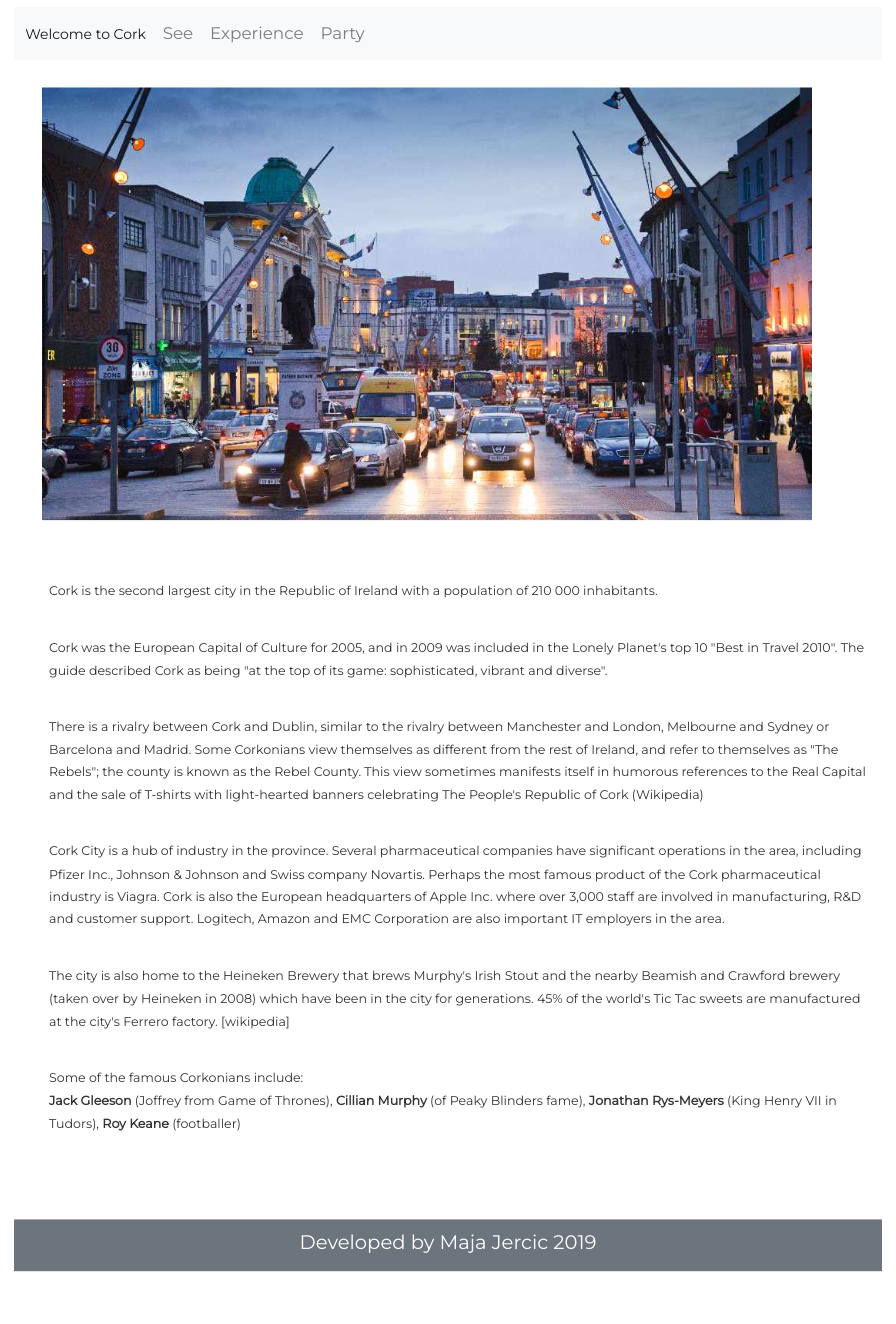
Repository: Maja-Jer/Welcome-to-Cork
Page: index.html
The author's editor kept a record of every edit. The page is drawn from the files as they stood at one moment, then again after the next edit.
The browser window is 1280 px wide. The pictures show the whole page, at 70% of full size.
Some web libraries are served in a nearby version.

Above is the page before.
Console error: TypeError: Cannot read properties of undefined (reading 'fn')

### index.html
<!DOCTYPE html>
<html lang="en">

<head>
    <meta charset="UTF-8">
    <meta name="viewport" content="width=device-width, initial-scale=1">
    <meta http-equiv="X-UA-Compatible" content="ie=edge">
    <link rel="stylesheet" href="https://stackpath.bootstrapcdn.com/bootstrap/4.3.1/css/bootstrap.min.css" integrity="sha384-ggOyR0iXCbMQv3Xipma34MD+dH/1fQ784/j6cY/iJTQUOhcWr7x9JvoRxT2MZw1T" crossorigin="anonymous">
    <script src="https://stackpath.bootstrapcdn.com/bootstrap/4.3.1/js/bootstrap.min.js" integrity="sha384-JjSmVgyd0p3pXB1rRibZUAYoIIy6OrQ6VrjIEaFf/nJGzIxFDsf4x0xIM+B07jRM" crossorigin="anonymous"></script>
    <link rel="stylesheet" href="https://use.fontawesome.com/releases/v5.6.1/css/all.css" integrity="sha384-gfdkjb5BdAXd+lj+gudLWI+BXq4IuLW5IT+brZEZsLFm++aCMlF1V92rMkPaX4PP" crossorigin="anonymous">
    <link href="https://fonts.googleapis.com/css?family=Montserrat" rel="stylesheet">
    <link rel="stylesheet" href="assets/style.css" type="text/css" />
    <title>Welcome to Cork, the REAL capital of Ireland</title>
</head>

<body>

    <!---------------Navgation-------->
    <nav class="navbar navbar-light bg-light navbar-expand-sm">
        <a href="/" class="navbar-brand">Welcome to Cork</a>

        <!---------------Dropdown menu-------->
        <button class="navbar-toggler ml-auto" type="button" data-toggle="collapse" data-target="#navbarNavDropdown" aria-controls="navbarNavDropdown" aria-expanded="false" aria-label="Toggle navigation">
        <span class="navbar-toggler-icon"></span></button>

        <div class="collapse navbar-collapse" id="navbarNavDropdown">
            <ul class="navbar-nav mr-auto">
                <li class="nav-item mr-2"><a class="nav-link" href="#see">See</a></li>
                <li class="nav-item mr-2"><a class="nav-link" href="#experience">Experience</a></li>
                <li class="nav-item mr-2"><a class="nav-link" href="#party">Party</a></li>

            </ul>
        </div>

    </nav>

    <!--------------- Main photo -------->
    <div class="main-container">
        <div class="container-main-photo">
            <img class="img-fluid" src="assets/photos/patrick_street.jpg" alt="Cork City" width=100%>
        </div>




        <!--------------- About Cork -------->

    <div class="container-fluid" id="container-about-cork">
        <p>Cork is the second largest city in the Republic of Ireland with a population of 210 000 inhabitants.</p>
        <br>
        <p>Cork was the European Capital of Culture for 2005, and in 2009 was included in the Lonely Planet's top 10 "Best in Travel 2010". The guide described Cork as being "at the top of its game: sophisticated, vibrant and diverse".
        </p>
        <br>
        <p>There is a rivalry between Cork and Dublin, similar to the rivalry between Manchester and London, Melbourne and Sydney or Barcelona and Madrid. Some Corkonians view themselves as different from the rest of Ireland, and refer to themselves
            as "The Rebels"; the county is known as the Rebel County. This view sometimes manifests itself in humorous references to the Real Capital and the sale of T-shirts with light-hearted banners celebrating The People's Republic of Cork (Wikipedia)
        </p>
        <br>
        <p>Cork City is a hub of industry in the province. Several pharmaceutical companies have significant operations in the area, including Pfizer Inc., Johnson & Johnson and Swiss company Novartis. Perhaps the most famous product of the Cork pharmaceutical
            industry is Viagra. Cork is also the European headquarters of Apple Inc. where over 3,000 staff are involved in manufacturing, R&D and customer support. Logitech, Amazon and EMC Corporation are also important IT employers in the area.
        </p>
        <br>
        <p>The city is also home to the Heineken Brewery that brews Murphy's Irish Stout and the nearby Beamish and Crawford brewery (taken over by Heineken in 2008) which have been in the city for generations. 45% of the world's Tic Tac sweets are manufactured
            at the city's Ferrero factory. [wikipedia]
        </p>
        <br>
        <p>Some of the famous Corkonians include: <br><strong>Jack Gleeson</strong> (Joffrey from Game of Thrones), <strong>Cillian Murphy</strong> (of Peaky Blinders fame), <strong>Jonathan Rys-Meyers</strong> (King Henry VII in Tudors), <strong>Roy Keane</strong>                (footballer)
        </p>
    </div>


     <!--------------- Footer -------->

    <footer class="bg-secondary mt-5 p-3">
        <div class="container-fluid">
            <div class="col-12 text-white">
                <h3>Developed by Maja Jercic 2019</h3>
            </div>
        </div>
    </footer>

    <script src="https://stackpath.bootstrapcdn.com/bootstrap/4.3.1/js/bootstrap.min.js" integrity="sha384-JjSmVgyd0p3pXB1rRibZUAYoIIy6OrQ6VrjIEaFf/nJGzIxFDsf4x0xIM+B07jRM" crossorigin="anonymous"></script>
    <script src="https://code.jquery.com/jquery-3.3.1.slim.min.js" integrity="sha384-q8i/X+965DzO0rT7abK41JStQIAqVgRVzpbzo5smXKp4YfRvH+8abtTE1Pi6jizo" crossorigin="anonymous"></script>
    <script src="https://cdnjs.cloudflare.com/ajax/libs/popper.js/1.14.7/umd/popper.min.js" integrity="sha384-UO2eT0CpHqdSJQ6hJty5KVphtPhzWj9WO1clHTMGa3JDZwrnQq4sF86dIHNDz0W1" crossorigin="anonymous"></script>

</body>


</html>

### assets/style.css
/*----------------------- header*/

head {
  font-family: 'Roboto', sans-serif;
}

body {
  font: 20px Montserrat, sans-serif;
  line-height: 1.8;
  color: #333;
  display: block;
  padding: 10px 20px 75px 20px;


}

/*----------------------navigation bar*/

ul {
  list-style-type: none;
  margin: 0;
  padding: 0;
  overflow: hidden;
  font-weight: normal;
  font-size: 24px;
}

li {
  float: left;
}

navbar-brand {
  color: black;
}

li a {
  display: block;
  color: white;
  text-align: center;
  padding: 14px 16px;
  text-decoration: none;

}

li a:hover {
  background-color: #9FA8DA;
  color: white;
  text-decoration: none;
  font-weight: bold;
}

/*---------------------end of navigation bar*/

.main-container {


}
.container-main-photo {
  max-height: 300px
  max-width: 80%;

}

/* ---------------------------------- Article*/
.article {
  position: relative;
  vertical-align: top;
  background-color: #fff
  margin-bottom: 1em;
  max-width: 830px;
  padding: 2em 0 0 0;
  text-align: left;
}

.site-photo {
  position: relative;
  text-align: center;
  margin-bottom: 1.6em;
}

.site-description {
  margin: 2em 5% 2em 5%;
  font-size: 1.1em;
  line-height: 1.7;
  color: #333;
}


/* ---------------------------------- Title*/

.title {
  text-align: left;
  padding-left:20px;
}

.title-row {
  padding-top: 20px;
  padding-bottom: 20px;


}
/* ---------------------------------- Containers*/

.center {
  display: block;
  margin-left: auto;
  margin-right: auto;
  width: 50%;
}

.container-main-photo {
  max-height: 730px;
  max-width: 1160px;
  padding: 30px;
  margin: 10px;
  overflow: auto;
}


#container-about-cork {
  font-size: 16px;
  margin: 25px 50px 75px;
  padding: 30px;


}
@media screen and (min-width: 600px) {
#container-about-cork {
  font-size: 18px;
  margin: 25px 20px 75px 20px;
  }
}
@media screen and (max-width: 600px) {
#container-about-cork {
  font-size: 14px;
  margin: 25px 10px 75px 20px;
  }
}

.container-ucc-campus {

}



/*---------------------footer*/

.p-3 {
    padding: 1rem!important;
}

.mt-5, .my-5 {
    margin-top: 3rem!important;

}

.bg-secondary {
    background-color: #6c757d!important;
}

.footer {
  width: 100%;
  margin-right: auto;
  margin-left: auto;
}

.text-white {
  color: #fff!important;
}

.col-12 {
  -ms-flex: 0 0 100%;
  flex: 0 0 100%;
  max-width: 100%;
  text-align: center;
}

After the next edit:
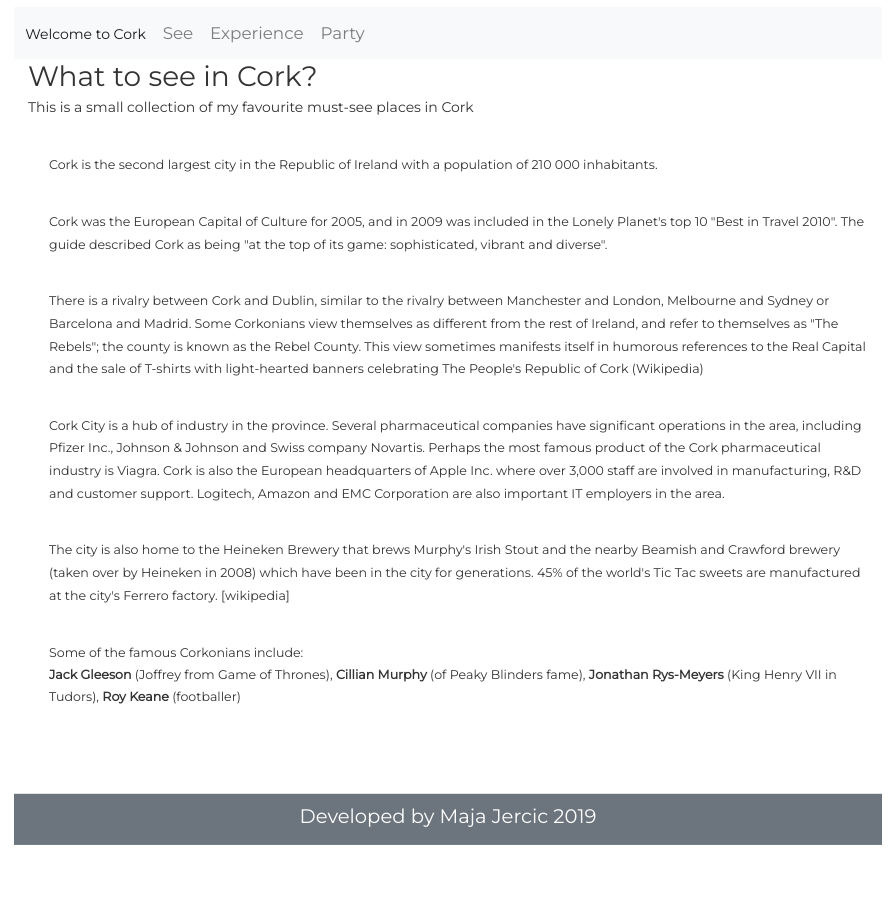
The edit:
--- a/index.html
+++ b/index.html
@@ -34,11 +34,11 @@
 
     </nav>
 
-    <!--------------- Main photo -------->
-    <div class="main-container">
-        <div class="container-main-photo">
-            <img class="img-fluid" src="assets/photos/patrick_street.jpg" alt="Cork City" width=100%>
-        </div>
+    <!--------------- Title -------->
+    <div class="title">
+       <h1>What to see in Cork?</h1>
+       <h5>This is a small collection of my favourite must-see places in Cork</h5>
+    </div>
 
 
 
